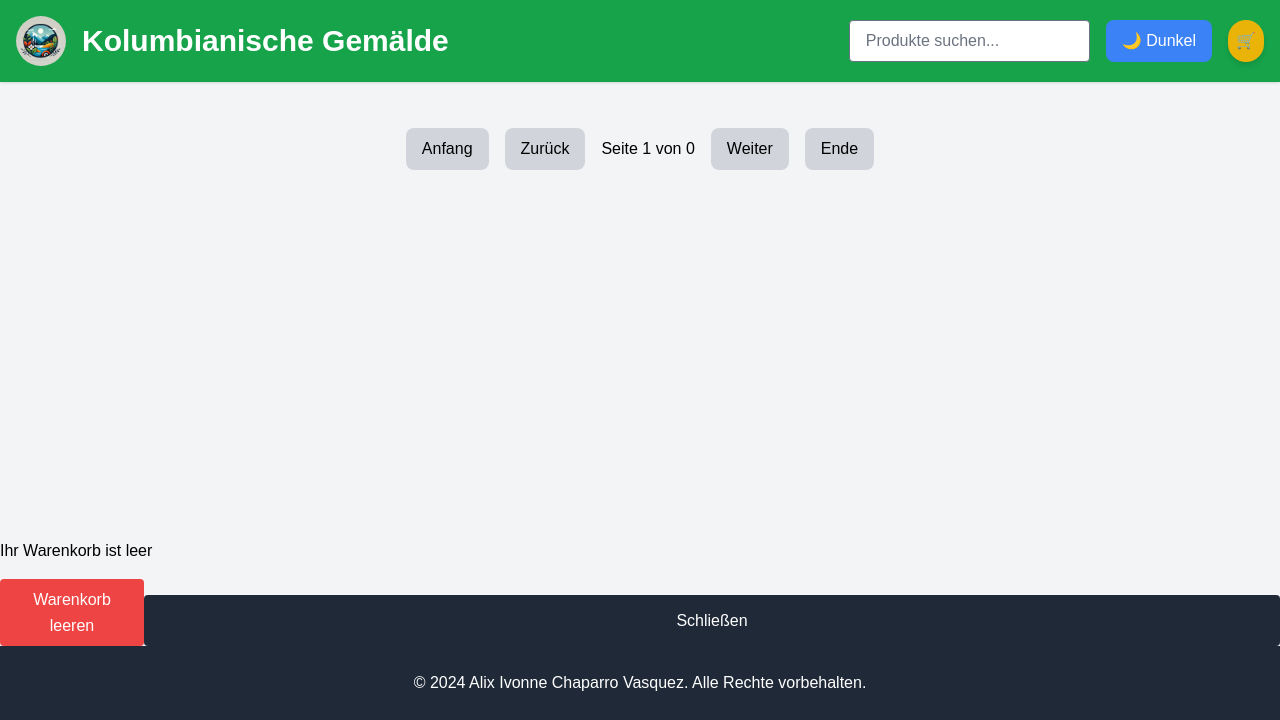
Repository: alixchaparrov/bilder-shop
Page: /
The author's editor kept a copy of each file at every save. The page is drawn from the files as they stood at one save, then again after the next save.
The browser window is 1280 px wide. The pictures show the whole page.
The page's requests for data from a server got no answer. The project was rebuilt for these pictures with package versions that can differ from the ones it lists, and the page was loaded fresh each time. The framework's server and built-in components were replaced by stand-ins that run in the browser. No one was signed in, and anything a server would have sent is missing. Also part of the build but not shown: next.config.ts, src/app/components/ProductCard.tsx.

Above is the page before, as saved 2024-12-27 16:35:08.

After the next save:
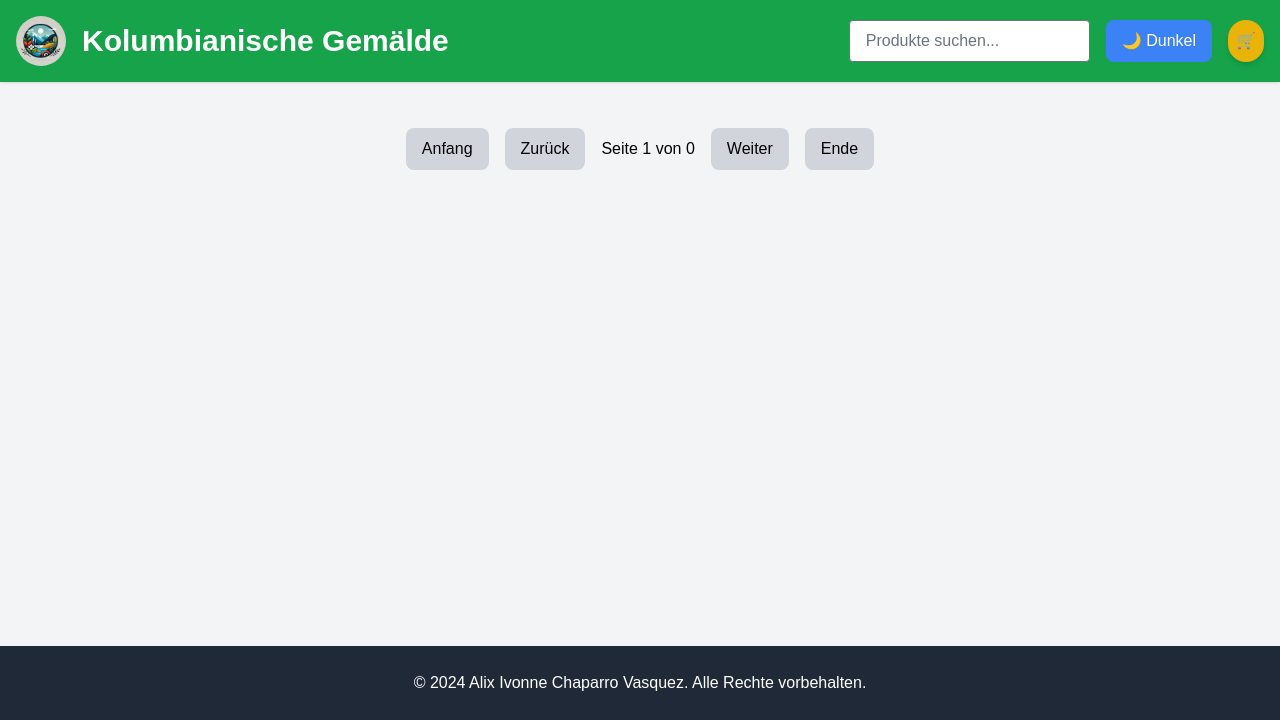
Saved 110 s later.
--- a/src/app/page.tsx
+++ b/src/app/page.tsx
@@ -8,7 +8,7 @@ import { useCartStore } from "@/store/cartStore";
 
 export default function Home() {
   const [products, setProducts] = useState([]);
-  const { cart, removeFromCart,clearCart, getTotalPrice } = useCartStore();
+  const { cart, addToCart, removeFromCart, clearCart } = useCartStore();
   const [searchQuery, setSearchQuery] = useState("");
   const [darkMode, setDarkMode] = useState(false);
   const [showCart, setShowCart] = useState(false);
@@ -37,6 +37,10 @@ export default function Home() {
     (currentPage - 1) * itemsPerPage,
     currentPage * itemsPerPage
   );
+
+  const getTotalPrice = () => {
+    return cart.reduce((total, item) => total + item.price * item.quantity, 0);
+  };
 
   return (
     <div
@@ -73,7 +77,7 @@ export default function Home() {
             >
               {darkMode ? "🌞 Hell" : "🌙 Dunkel"}
             </button>
-            <button className="cart-button" onClick={() => setShowCart(true)}>
+            <button className="cart-button" onClick={() => setShowCart(!showCart)}>
               🛒
               {cart.length > 0 && (
                 <span className="cart-counter">{cart.length}</span>
@@ -88,7 +92,7 @@ export default function Home() {
         <h2 className="text-2xl sm:text-3xl lg:text-4xl font-semibold text-center mb-6">
           Unsere Gemälde
         </h2>
-        <div className="grid grid-cols-1 sm:grid-cols-2 lg:grid-cols-3 grid-container">
+        <div className="grid grid-cols-1 sm:grid-cols-2 lg:grid-cols-3 gap-6">
           {paginatedProducts.map((product) => (
             <ProductCard key={product._id} product={product} />
           ))}
@@ -131,48 +135,58 @@ export default function Home() {
       </main>
 
       {/* Modal del carrito */}
-      {cart.length > 0 ? (
-        <ul>
-          {cart.map((item) => (
-            <li key={item._id} className="flex justify-between items-center">
-              <span>
-                {item.name} (x{item.quantity}) - {item.price} €
-              </span>
-              <button
-                onClick={() => removeFromCart(item._id)}
-                className="text-red-500 hover:underline"
-              >
-                Löschen
-              </button>
-            </li>
-          ))}
-          <li className="mt-4 text-lg font-semibold">
-            Gesamtpreis:{" "}
-            <span className="text-green-500">{getTotalPrice()} €</span>
-          </li>
-        </ul>
-      ) : (
-        <p>Ihr Warenkorb ist leer</p>
+      {showCart && (
+        <div className="modal-overlay" onClick={() => setShowCart(false)}>
+          <div className="modal-content" onClick={(e) => e.stopPropagation()}>
+            <h2 className="modal-header">Warenkorb</h2>
+            {cart.length > 0 ? (
+              <>
+                <ul>
+                  {cart.map((item) => (
+                    <li
+                      key={item._id}
+                      className="flex justify-between items-center"
+                    >
+                      <span>
+                        {item.name} (x{item.quantity}) - {item.price * item.quantity} €
+                      </span>
+                      <button
+                        onClick={() => removeFromCart(item._id)}
+                        className="text-red-500 hover:underline"
+                      >
+                        Löschen
+                      </button>
+                    </li>
+                  ))}
+                </ul>
+                <div className="mt-4 flex justify-between">
+                  <button
+                    onClick={() => clearCart()}
+                    className="bg-red-500 text-white px-4 py-2 rounded hover:bg-red-600"
+                  >
+                    Warenkorb leeren
+                  </button>
+                  <span className="font-bold text-lg">
+                    Gesamtpreis: {getTotalPrice()} €
+                  </span>
+                </div>
+              </>
+            ) : (
+              <p>Ihr Warenkorb ist leer</p>
+            )}
+            <button
+              className="modal-close"
+              onClick={() => setShowCart(false)}
+            >
+              Schließen
+            </button>
+          </div>
+        </div>
       )}
-      <div className="mt-4 flex justify-between">
-        <button
-          onClick={clearCart} // Llama al nuevo método
-          className="bg-red-500 text-white px-4 py-2 rounded hover:bg-red-600"
-        >
-          Warenkorb leeren
-        </button>
-        <button
-          className="modal-close bg-gray-800 text-white px-4 py-2 rounded hover:bg-gray-700"
-          onClick={() => setShowCart(false)}
-        >
-          Schließen
-        </button>
-      </div>
 
       {/* Footer */}
       <footer className="bg-gray-800 text-white p-6 text-center">
-        <p>
-          © {new Date().getFullYear()} Alix Ivonne Chaparro Vasquez. Alle Rechte
+        <p>© {new Date().getFullYear()} Alix Ivonne Chaparro Vasquez. Alle Rechte
           vorbehalten.
         </p>
       </footer>
